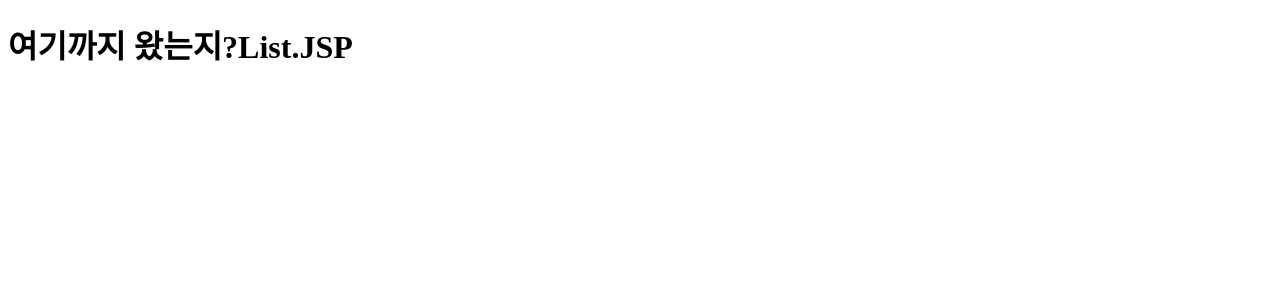
Repository: Kimgigon123123/JspServlet
Page: http://localhost/05.Mybatis/jstl/list.jsp
The author's editor kept a copy of each file at every save. The page is drawn from the files as they stood at one save, then again after the next save.
The browser window is 1280 px wide. The pictures show the whole page.
The page is served by Tomcat 9. Other server files are loaded and not shown.

Above is the page before, as saved 2023-05-23 01:30:00.

### WorkSpace/05.Mybatis/src/main/webapp/jstl/list.jsp
<%@ page language="java" contentType="text/html; charset=UTF-8"
    pageEncoding="UTF-8"%>
<!DOCTYPE html>
<html>
<head>
<meta charset="UTF-8">
<title>Insert title here</title>
</head>
<body>
	<h1>여기까지 왔는지?List.JSP</h1>
</body>
</html>

After the next save:
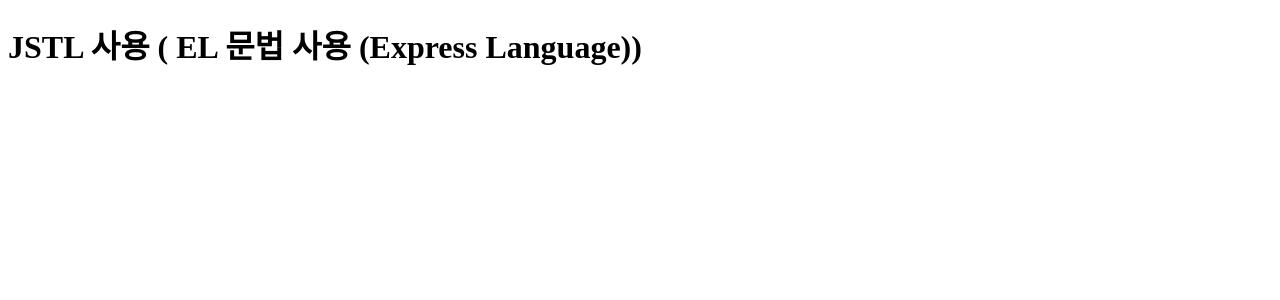
Saved 67 s later.
--- a/WorkSpace/05.Mybatis/src/main/webapp/jstl/list.jsp
+++ b/WorkSpace/05.Mybatis/src/main/webapp/jstl/list.jsp
@@ -7,6 +7,6 @@
 <title>Insert title here</title>
 </head>
 <body>
-	<h1>여기까지 왔는지?List.JSP</h1>
+	<h1>JSTL 사용 ( EL 문법 사용 (Express Language))</h1>
 </body>
 </html>
